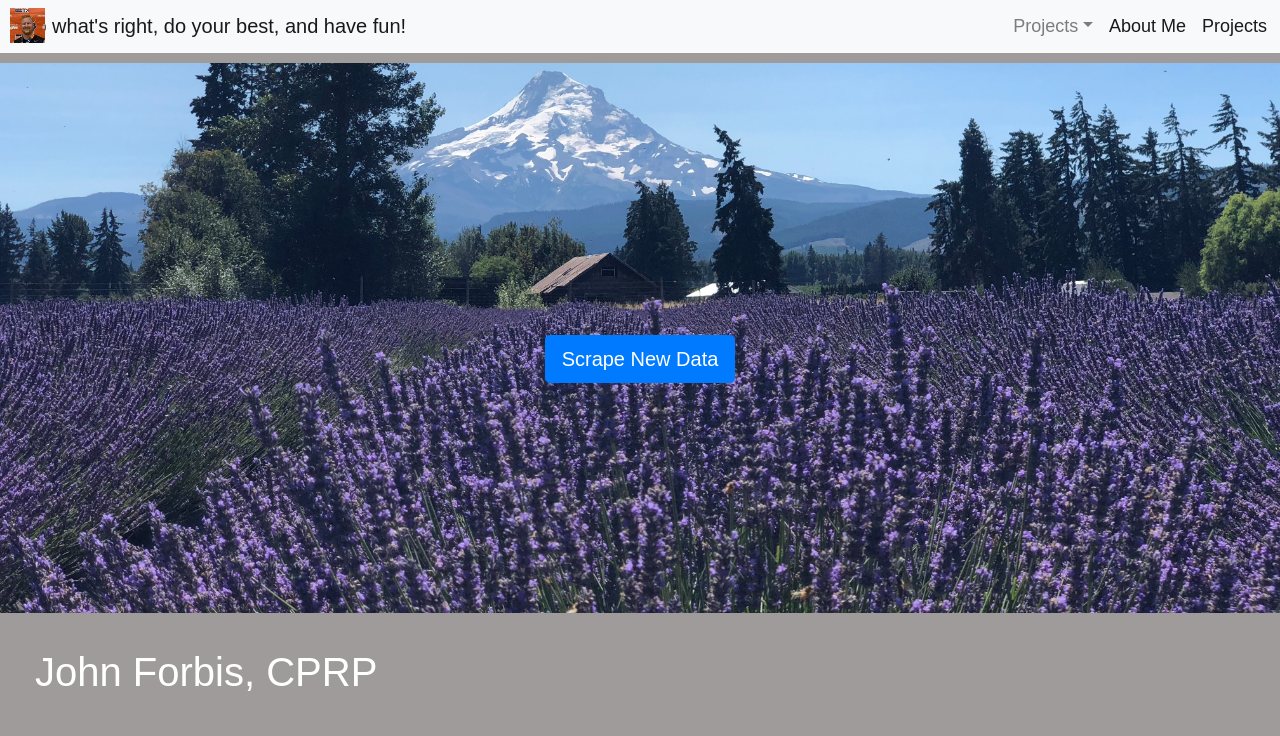
Repository: jforbis/john-forbis-data-analyst
Page: index.html
An editor plug-in stored every save of this project. The page is shown before and after the next save, followed by the edit.
The browser window is 1280 px wide. The pictures show the part of the page from y = 0 to 736 px (the page is 1718 px tall).
A picture or video elsewhere on the page could not be fetched, so the positions and the page height are approximate. Backgrounds fixed to the window are drawn as part of the page.

Above is the page before, as saved 2021-03-17 22:54:52.

After the next save:
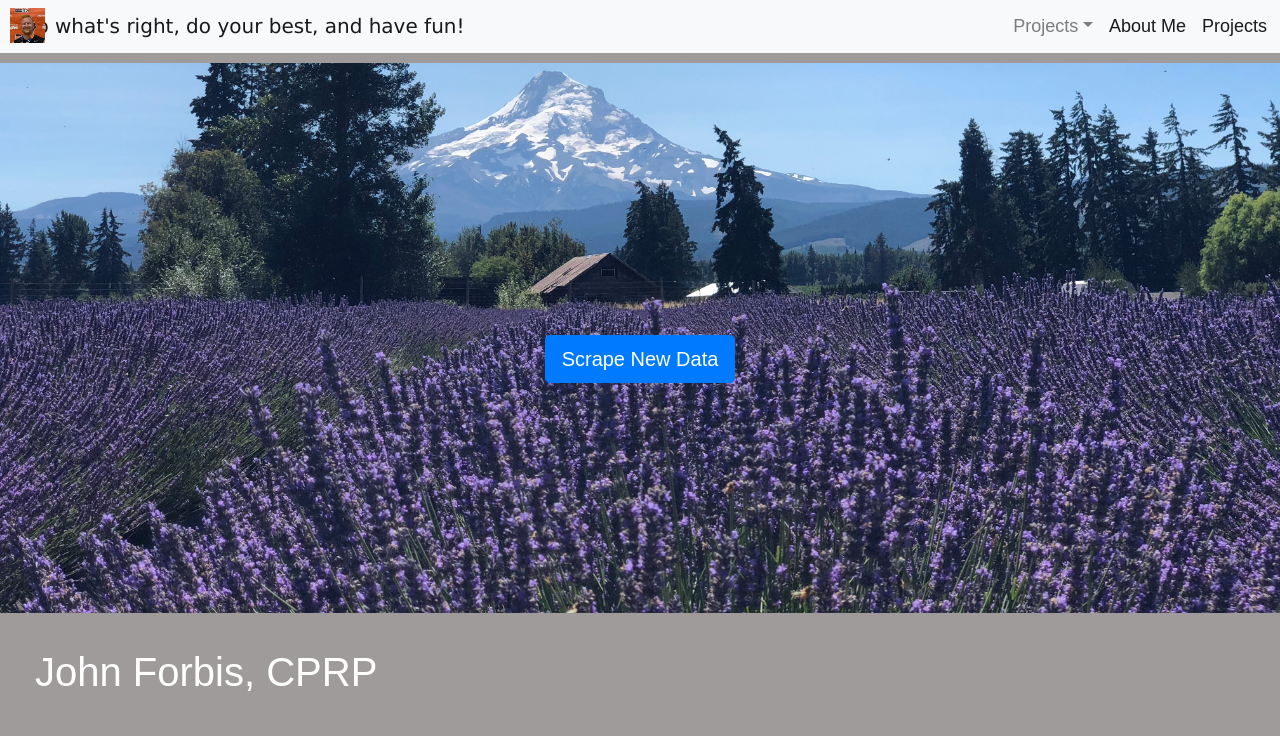
Saved 12 s later.
--- a/static/css/style.css
+++ b/static/css/style.css
@@ -9,7 +9,7 @@
 background: #9f9b9b;
 }
 
-.text {
+#text {
     font-family: Verdana;
 }
 
